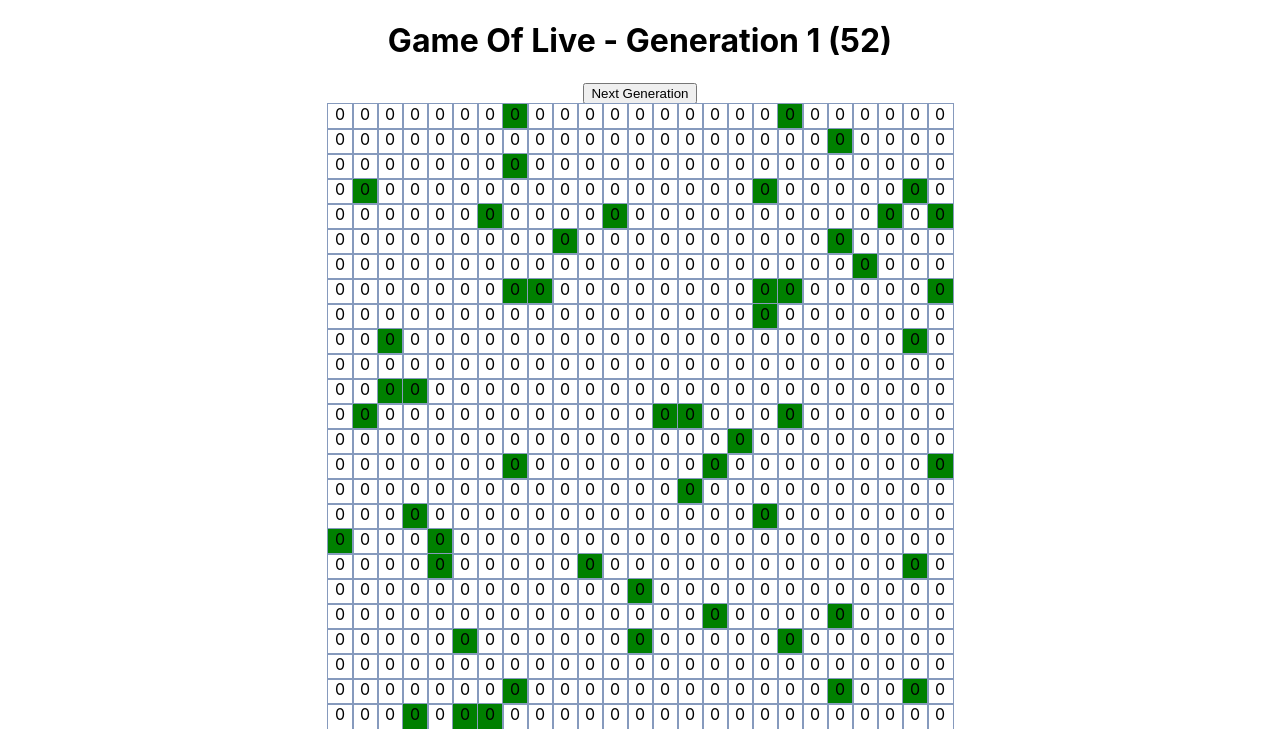
Repository: cfaguilera20/gol
Page: /
An editor plug-in stored every save of this project. The page is shown before and after the next save, followed by the edit.
The browser window is 1280 px wide. The pictures show the whole page.
The project was rebuilt for these pictures with package versions that can differ from the ones it lists, and the page was loaded fresh each time.

Above is the page before, as saved 2021-07-25 13:05:20.

### src/App.js
import './App.css';

import Board from './components/Board.jsx';

function App() {
    return (
        <div className="App">
            <Board />
        </div>
    );
}

export default App;

### src/components/Board.jsx
import React, { useState } from 'react';
import './Board.css';

const WORLD_SIZE = 25;
const WORLD_POPULATION = Math.round(WORLD_SIZE * WORLD_SIZE * 0.25);

const Board = (props) => {
    const [world, setWorld] = useState(
        createWorld(WORLD_SIZE, WORLD_POPULATION)
    );
    const [generation, setGeneration] = useState(1);

    const onNextGeneration = () => {
        setGeneration(generation + 1);
        world.nextGeneration();
    };

    return (
        <>
            <h1>
                Game Of Live - Generation {generation} (
                {world.currentPopulation})
            </h1>
            <button onClick={onNextGeneration}>Next Generation</button>
            <div className="world">
                {world.board.map((row, rowIdx) => (
                    <div key={rowIdx} className="row">
                        {row.map((cell, cellIdx) => {
                            const className = cell.getColor();
                            const neighborsAlive =
                                world.getNeighborsAliveCounter(cell);
                            return (
                                <div key={cellIdx} className={className}>
                                    {neighborsAlive}
                                </div>
                            );
                        })}
                    </div>
                ))}
            </div>
        </>
    );
};

class Cell {
    constructor(world, x, y, isAlive) {
        this.world = world;
        this.x = x;
        this.y = y;
        this.isAlive = isAlive;
    }

    getColor() {
        return this.isAlive ? 'cell cell-green' : 'cell';
    }

    nextGeneration() {
        return this.getNeighborsAliveCounter() > 2;
    }
}

class World {
    constructor(size, population) {
        this.size = size;
        this.population = population;
        this.currentPopulation = 0;
        this.board = [];
        this.createBoard();
    }

    createBoard() {
        for (let y = 0; y < this.size; y++) {
            this.board[y] = [];
            for (let x = 0; x < this.size; x++) {
                const isAlive = Math.random() > 0.9;
                this.board[y][x] = new Cell(this, x, y, isAlive);
                this.currentPopulation += isAlive ? 1 : 0;
            }
        }

        console.log(this.board);
    }

    getNeighbors(x, y) {
        const neighbors = [];
        const neighborsIdx = [
            [1, 0],
            [-1, 0],
            [0, 1],
            [0, -1],
            [1, 1],
            [1, -1],
            [-1, 1],
            [-1, -1],
        ];
        neighborsIdx.forEach(([dx, dy]) => {
            const [nx, ny] = [x + dx, y + dy];
            if (nx >= 0 && nx < this.size && ny >= 0 && ny < this.size) {
                neighbors.push(this.board[ny][nx]);
            }
        });
        return neighbors;
    }

    getNeighborsAlive(cell) {
        this.getNeighbors(cell.x, cell.y).filter((cellItem) => {
            console.log(cellItem.isAlive);
            return cellItem.isAlive === 1;
        });
        return this.getNeighbors(cell.x, cell.y).filter(
            (cellItem) => cellItem.isAlive === 1
        );
    }

    getNeighborsAliveCounter(cell) {
        return this.getNeighborsAlive(cell).length;
    }

    nextGeneration() {
        const nextBoard = [];
        for (let y = 0; y < this.size; y++) {
            nextBoard[y] = [];
            for (let x = 0; x < this.size; x++) {
                const cell = this.board[y][x];
                const isAlive = cell.isAlive;
                const nextIsAlive = cell.nextGeneration();
                nextBoard[y][x] = new Cell(this, x, y, nextIsAlive);
                this.currentPopulation += nextIsAlive - isAlive;
            }
        }

        this.board = nextBoard;
    }
}

const createWorld = (WORLD_SIZE, WORLD_POPULATION) => {
    const board = new World(WORLD_SIZE, WORLD_POPULATION);
    return board;
};

export default Board;

### src/components/Board.css
.row {
    height: 25px;
}

.cell {
    width: 25px;
    height: 25px;
    outline: 1px solid rgb(134, 154, 189);
    display: inline-block;
}

.cell-green {
    background-color: green;
}

.cell-red {
    background-color: red;
}

.cell-purple {
    background-color: purple;
}

Loaded but not shown: public/index.html (common file); src/index.js (common file); src/index.css (common file); src/reportWebVitals.js (common file); src/App.css (common file)

After the next save:
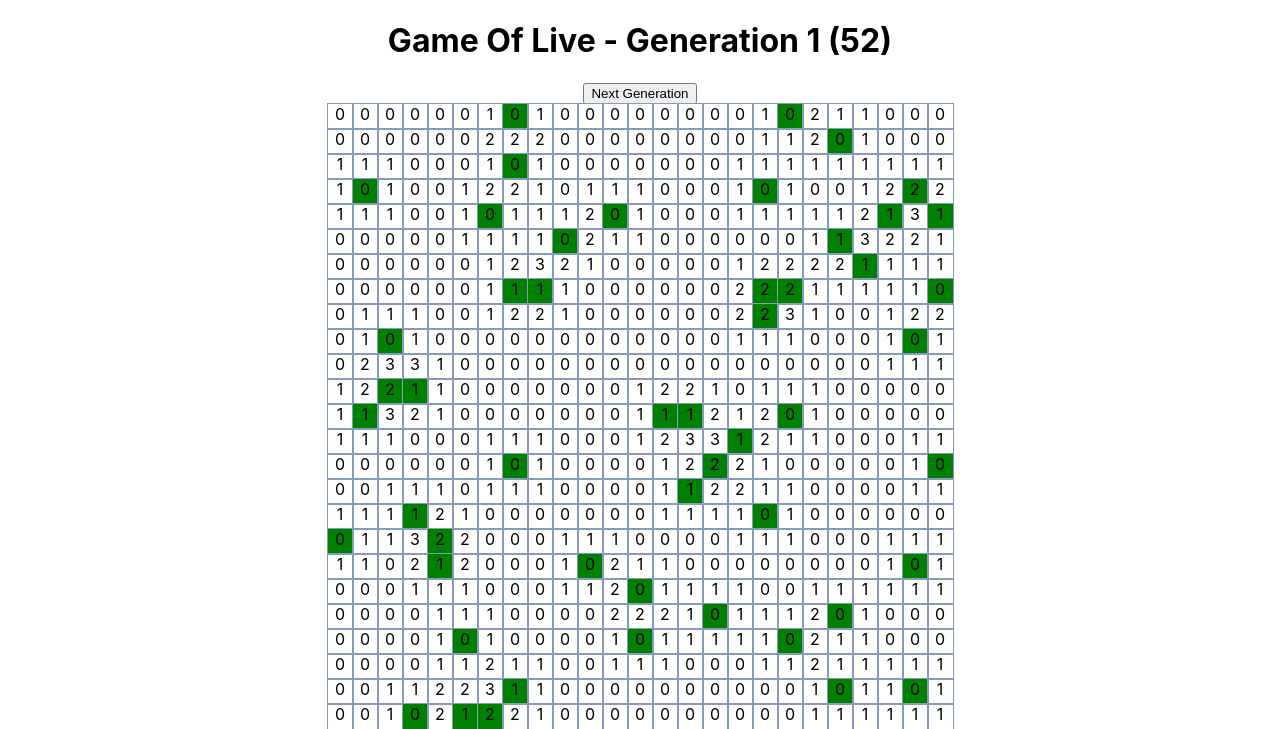
Saved 13 s later.
--- a/src/components/Board.jsx
+++ b/src/components/Board.jsx
@@ -72,7 +72,7 @@ class World {
         for (let y = 0; y < this.size; y++) {
             this.board[y] = [];
             for (let x = 0; x < this.size; x++) {
-                const isAlive = Math.random() > 0.9;
+                const isAlive = Math.random() > 0.9 ? 1 : 0;
                 this.board[y][x] = new Cell(this, x, y, isAlive);
                 this.currentPopulation += isAlive ? 1 : 0;
             }
